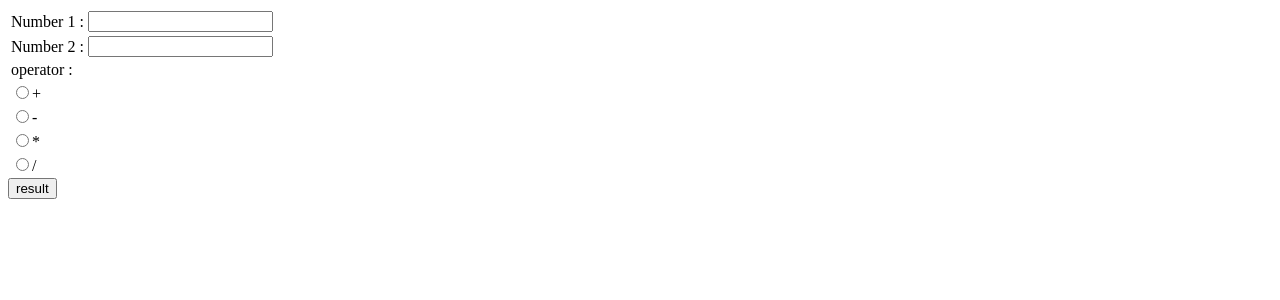
Repository: ragisd/J2EE
Page: http://localhost/jsp/calculator.jsp
The author's editor kept a copy of each file at every save. The page is drawn from the files as they stood at one save, then again after the next save.
The browser window is 1280 px wide. The pictures show the whole page.
The page is served by Tomcat 9.

Above is the page before, as saved 2024-03-07 18:46:26.

### jsp/src/main/webapp/calculator.jsp
<%@ page language="java" contentType="text/html; charset=ISO-8859-1"
    pageEncoding="ISO-8859-1"%>
<!DOCTYPE html>
<html>
<head>
<meta charset="ISO-8859-1">
<title>Insert title here</title>
</head>
<body>
	<form action="calculator.jsp" method="post">
		<table>
			<tr>
				<td>Number 1 : </td>
				<td><input type="number" name="num1"></td>
			</tr>
			<tr>
				<td>Number 2 : </td>
				<td><input type="number" name="num2"></td>
			</tr>
			<tr>
				<td>operator : </td>
			</tr>
			<tr><td><input type="radio" name="operator" value="sum">+</td></tr>
			<tr><td><input type="radio" name="operator" value="sub">-</td></tr>
			<tr><td><input type="radio" name="operator" value="mul">*</td></tr>
			<tr><td><input type="radio" name="operator" value="div">/</td></tr>
		</table>
		<input type="submit" value="result">
	</form>
</body>
</html>

After the next save:
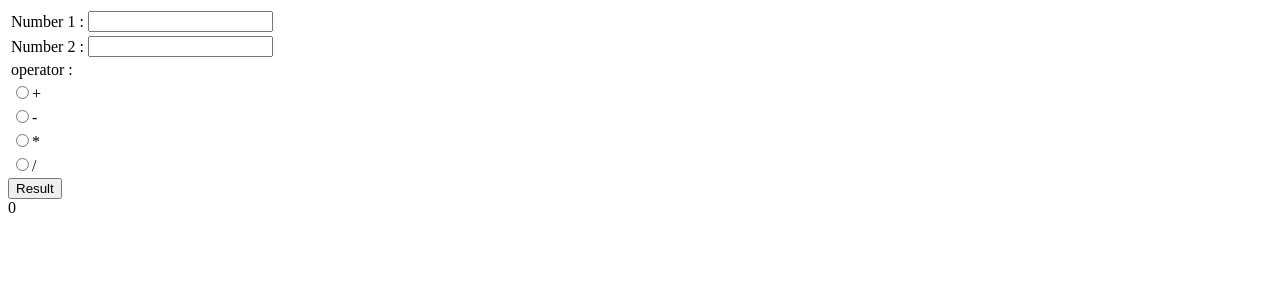
Saved 20 min 19 s later.
--- a/jsp/src/main/webapp/calculator.jsp
+++ b/jsp/src/main/webapp/calculator.jsp
@@ -25,7 +25,37 @@
 			<tr><td><input type="radio" name="operator" value="mul">*</td></tr>
 			<tr><td><input type="radio" name="operator" value="div">/</td></tr>
 		</table>
-		<input type="submit" value="result">
+		<input type="submit" value="Result">
 	</form>
+
+	<%! int num1, num2, result; %>
+	<%
+
+	String inp1 = request.getParameter("num1");
+	String inp2 = request.getParameter("num2");
+	String operator = request.getParameter("operator");
+
+	if(inp1 != null && inp2 != null){
+
+		num1 = Integer.parseInt(inp1);
+		num2 = Integer.parseInt(inp2);
+
+		if(operator == "+"){
+			result = num1 + num2;
+		}
+		else if(operator == "-"){
+			result = num1 - num2;
+		}
+		else if(operator == "*"){
+			result = num1 * num2;
+		}
+		else {
+			result = num1 / num2;
+		}
+	}
+	%>
+
+	<%= result %>
+
 </body>
 </html>
